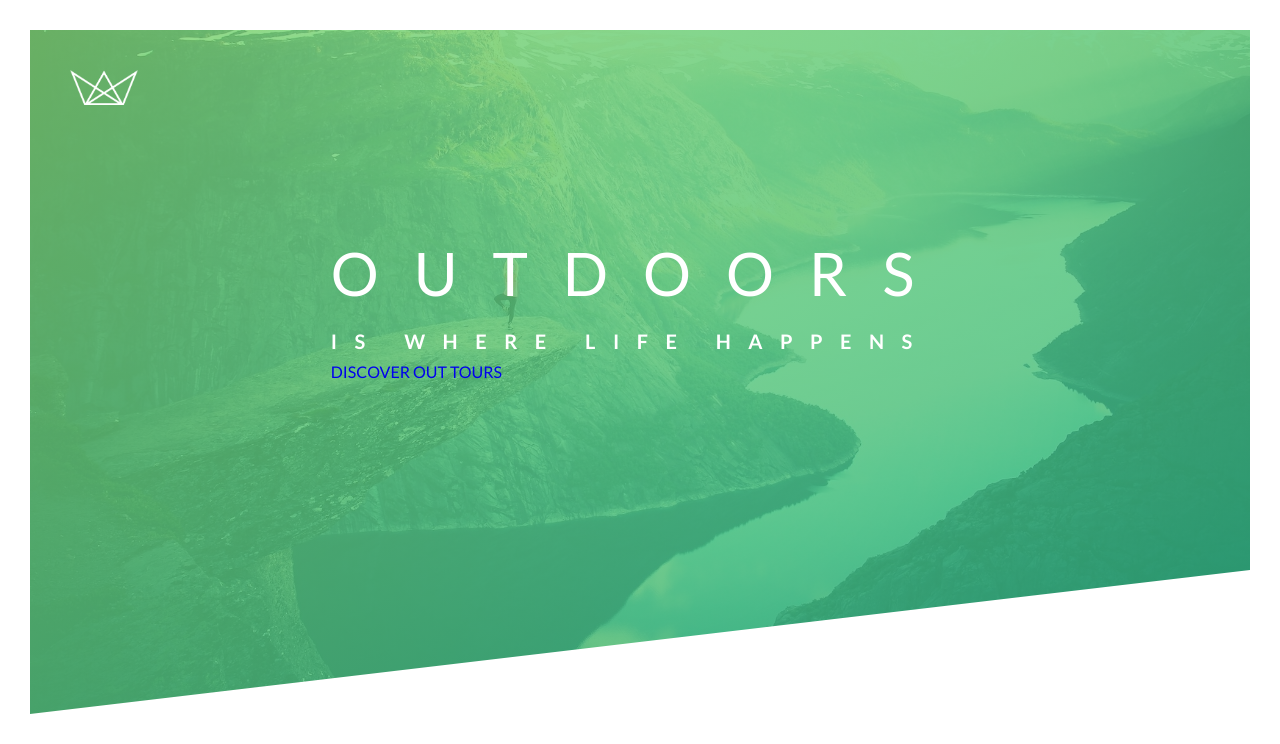
Repository: kamilluc/advanced-css-course
Page: Natours/my-implementation/index.html
The author's editor kept a copy of each file at every save. The page is drawn from the files as they stood at one save, then again after the next save.
The browser window is 1280 px wide. The pictures show the whole page.

Above is the page before, as saved 2019-05-24 23:22:14.

After the next save:
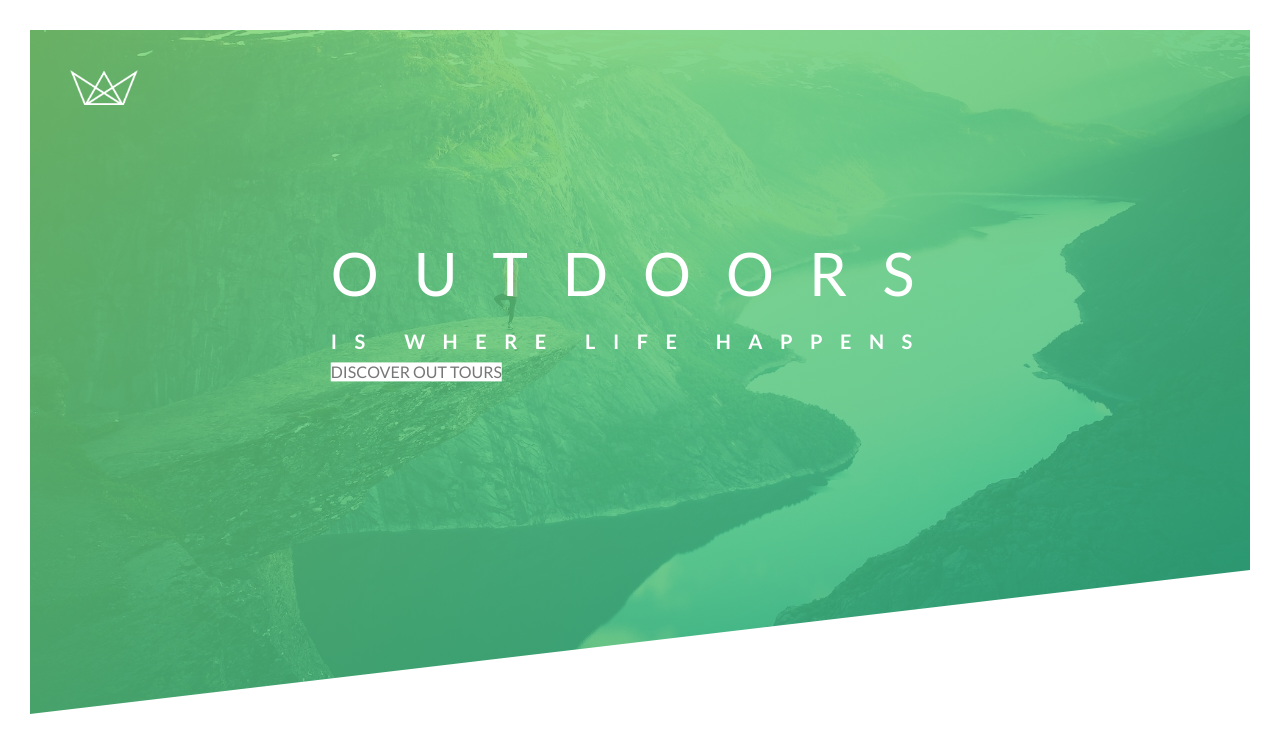
Saved 46 s later.
--- a/Natours/my-implementation/css/style.css
+++ b/Natours/my-implementation/css/style.css
@@ -116,4 +116,6 @@ body {
 }
 
 .btn-white {
+  background-color: white;
+  color: #777;
 }
